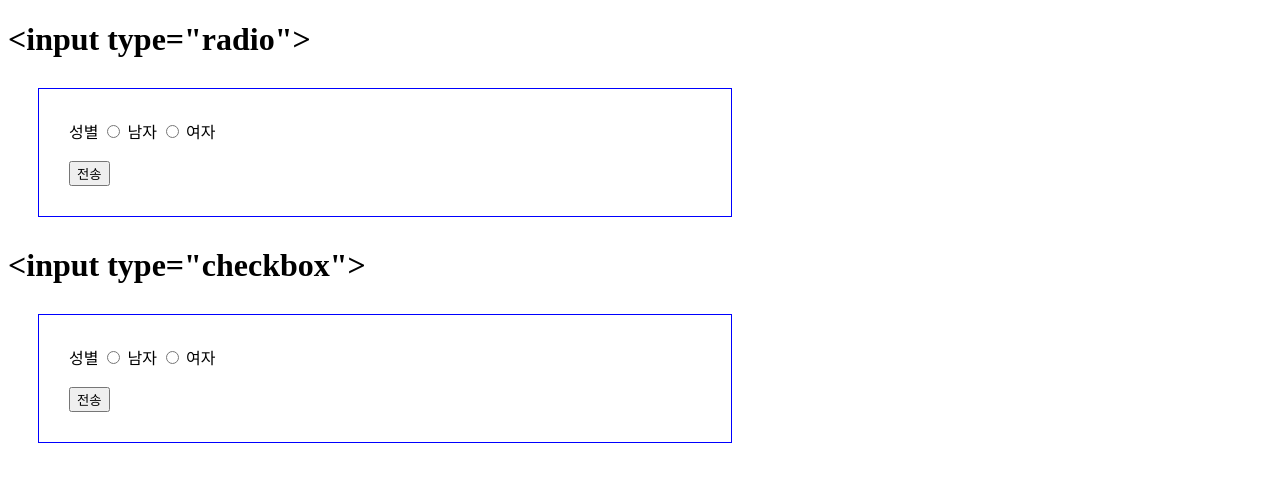
Repository: windy9109/FrontendClass
Page: webpro/src/main/webapp/0225/radio_checkbox.html
These files come from the project's save history. The page is drawn as it stood at one moment and after the next save; the edit follows.
The browser window is 1280 px wide. The pictures show the whole page.

Above is the page before, as saved 2022-02-25 07:44:00.

### webpro/src/main/webapp/0225/radio_checkbox.html
<!DOCTYPE html>
<html>
<head>
<meta charset="UTF-8">
<title>Insert title here</title>
<style>
	form{
	border: 1px solid blue;
	margin: 30px;
	padding: 30px;
	width:50%;
	}
</style>
</head>
<body>
<h1>&lt;input type="radio"></h1>
<form action ="radio.jsp" method="post">
<!-- get일때는 한글이 안깨짐 -->
<!-- post일때는 한글이 깨짐 -->
<!-- server.xml의 63번째줄의 utf-8이 실행되므로 get은 안깨짐 -->
<!-- post일때는 jsp에서 request.setCharacterEncoding("utf-8") 처리해준다.-->
<label>성별</label>
	<input type="radio" name="gender" value="남자"> 남자
	<input type="radio" name="gender" value="여자"> 여자<br><br>

	<input type="submit" value="전송">
</form>



<h1>&lt;input type="checkbox"></h1>
<form action ="radio.jsp" method="post">
<label>성별</label>
	<input type="radio" name="food" value="떡볶이"> 남자
	<input type="radio" name="food" value="치킨"> 여자<br><br>

	<input type="submit" value="전송">
</form>





</body>
</html>

After the next save:
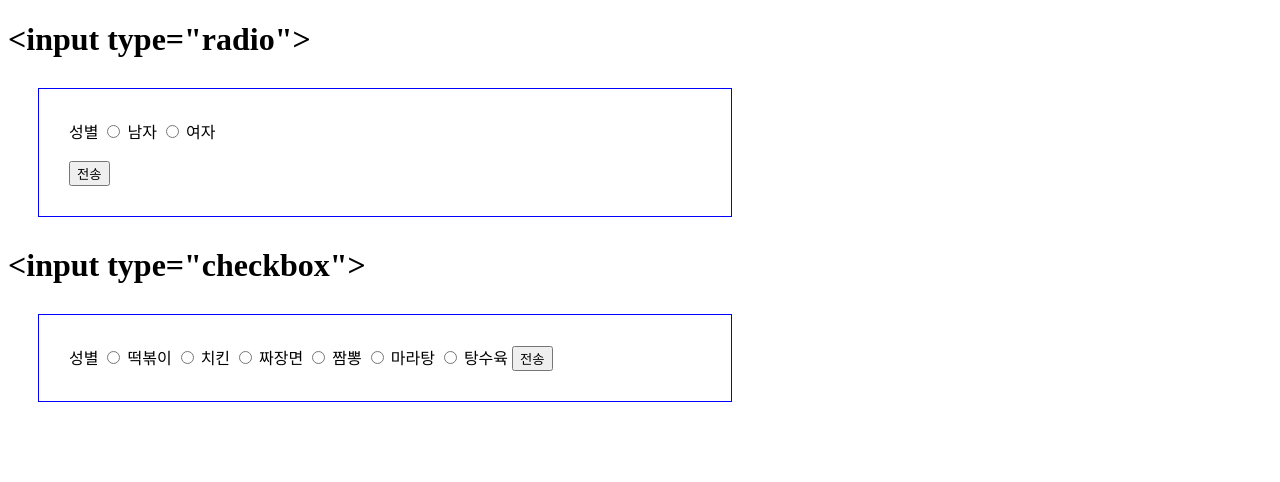
Saved 73 s later.
--- a/webpro/src/main/webapp/0225/radio_checkbox.html
+++ b/webpro/src/main/webapp/0225/radio_checkbox.html
@@ -31,8 +31,13 @@
 <h1>&lt;input type="checkbox"></h1>
 <form action ="radio.jsp" method="post">
 <label>성별</label>
-	<input type="radio" name="food" value="떡볶이"> 남자
-	<input type="radio" name="food" value="치킨"> 여자<br><br>
+	<input type="radio" name="food" value="떡볶이"> 떡볶이
+	<input type="radio" name="food" value="치킨"> 치킨
+	<input type="radio" name="food" value="짜장면"> 짜장면
+	<input type="radio" name="food" value="짬뽕"> 짬뽕
+	<input type="radio" name="food" value="마라탕"> 마라탕
+	<input type="radio" name="food" value="탕수육"> 탕수육
+
 
 	<input type="submit" value="전송">
 </form>
